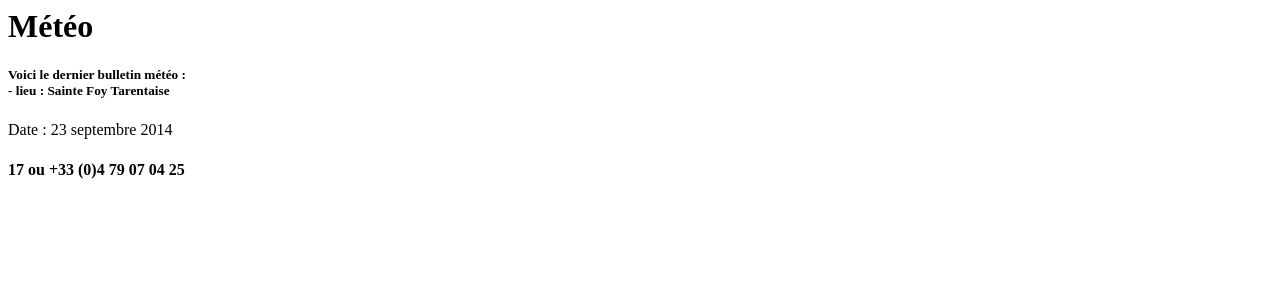
Repository: numericgraphics/Rosiere_Service
Page: www/templates/meteo.html
The author's editor kept a record of every edit. The page is drawn from the files as they stood at one moment, then again after the next edit.
The browser window is 1280 px wide. The pictures show the whole page.

Above is the page before.

After the next edit:
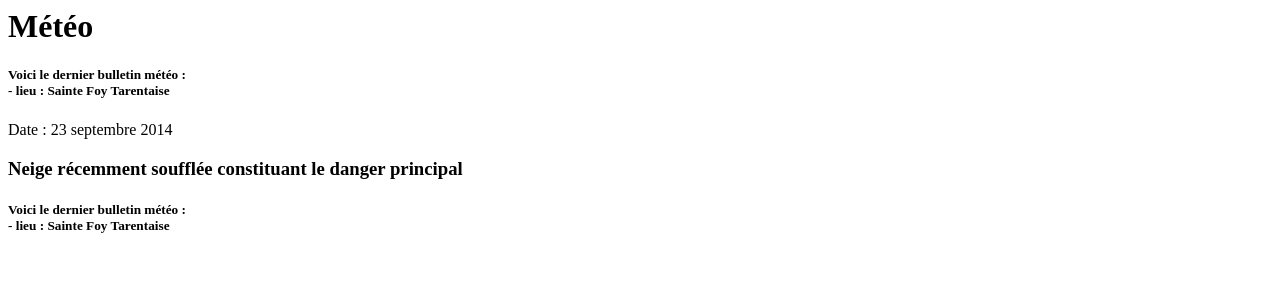
The edit:
--- a/www/templates/meteo.html
+++ b/www/templates/meteo.html
@@ -12,10 +12,8 @@
             Date : 23 septembre 2014
           </div>
           <div class="item item-text-wrap item-button-right">
-            <h4>17 ou +33 (0)4 79 07 04 25</h4>
-            <a href="tel:04 79 07 04 25" class="button button-assertive">
-              <i class="icon ion-ios7-telephone"></i>
-            </a>
+            <h3>Neige récemment soufflée constituant le danger principal</h3>
+            <h5>Voici le dernier bulletin météo :  </br>- lieu : Sainte Foy Tarentaise</h5>
           </div>
         </div>
         </ion-content>
